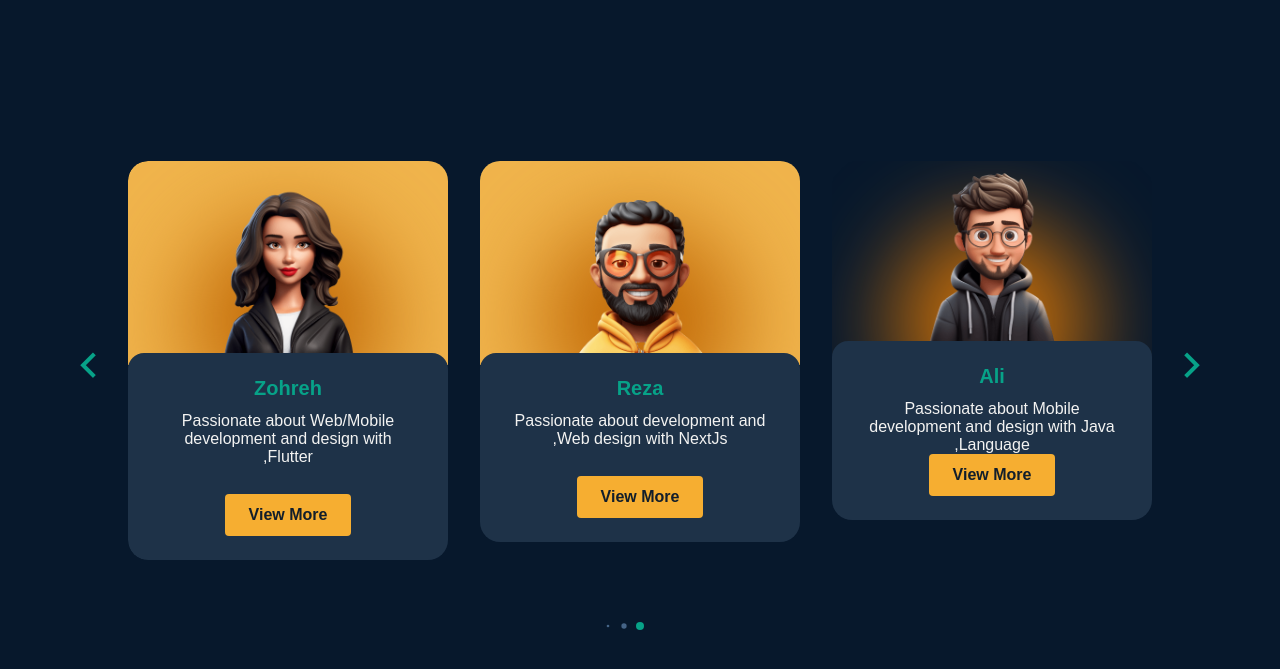
Repository: soroush-g/Card-Slider
Page: index.html
The author's editor kept a copy of each file at every save. The page is drawn from the files as they stood at one save, then again after a run of saves.
The browser window is 1280 px wide. The pictures show the whole page.
Some web fonts or font styles are not loaded; a fallback is used.

Above is the page before, as saved 2024-07-22 11:27:09.

### index.html
<!DOCTYPE html>
<html dir="rtl" lang="fa">
<head>
    <meta charset="UTF-8">
    <meta name="viewport" content="width=device-width, initial-scale=1.0">

        <!--=============== REMIXICONS ===============-->
        <link rel="stylesheet" href="https://cdnjs.cloudflare.com/ajax/libs/remixicon/3.5.0/remixicon.css" crossorigin="">

        <!--=============== SWIPER CSS ===============-->
        <link rel="stylesheet" href="assets/css/swiper-bundle.min.css">

        <!--=============== CSS ===============-->
        <link rel="stylesheet" href="assets/css/styles.css">
    <title>Card Slider</title>
</head>
<body>
    <section class="container">
        <div class="card__container swiper">
            <div class="card__content">
                <div class="swiper-wrapper">

                    <article class="card__article swiper-slide">
                        <div class="card_image">
                          <img src="assets/img/avatar-1.png" alt="image" class="card__img">
                          <div class="card__shadow"></div>
                        </div>

                        <div class="card__data">
                            <h3 class="card__name">Ali</h3>
                            <p class="card_description">
                                Passionate about Mobile development and design with Java Language,
                            </p>

                            <a href="#" class="card__button">View More</a>
                        </div>
                    </article>

                    <article class="card__article swiper-slide">
                        <div class="card__image">
                            <img src="assets/img/avatar-2.png" alt="image" class="card__img">
                            <div class="card__shadow"></div>
                        </div>
                        <div class="card__data">
                            <h3 class="card__name">Reza</h3>
                            <p class="card__description">
                               Passionate about development and Web design with NextJs,
                            </p>

                            <a href="#" class="card__button">View More</a>
                         </div>
                    </article>

                    <article class="card__article swiper-slide">
                        <div class="card__image">
                            <img src="assets/img/avatar-3.png" alt="image" class="card__img">
                            <div class="card__shadow"></div>
                        </div>
                        <div class="card__data">
                            <h3 class="card__name">Zohreh</h3>
                            <p class="card__description">
                               Passionate about  Web/Mobile development and design with Flutter,
                            </p>

                            <a href="#" class="card__button">View More</a>
                         </div>
                    </article>

                    <article class="card__article swiper-slide">
                        <div class="card__image">
                            <img src="assets/img/avatar-4.png" alt="image" class="card__img">
                            <div class="card__shadow"></div>
                        </div>
                        <div class="card__data">
                            <h3 class="card__name">Nastaran</h3>
                            <p class="card__description">
                               Passionate about Python Developer,
                            </p>

                            <a href="#" class="card__button">View More</a>
                         </div>
                    </article>

                    <article class="card__article swiper-slide">
                        <div class="card__image">
                            <img src="assets/img/avatar-5.png" alt="image" class="card__img">
                            <div class="card__shadow"></div>
                        </div>
                        <div class="card__data">
                            <h3 class="card__name">Mina</h3>
                            <p class="card__description">
                               Passionate about Scrum Master,
                            </p>

                            <a href="#" class="card__button">View More</a>
                         </div>
                    </article>
                </div>
            </div>

            <!-- Navigation buttons -->
             <div class="swiper-button-next">
                <i class="ri-arrow-right-s-line"></i>
             </div>

             <div class="swiper-button-prev">
                <i class="ri-arrow-left-s-line"></i>
             </div>

            <!-- Pagination -->
            <div class="swiper-pagination"></div>
        </div>
    </section>


      <!--=============== SWIPER JS ===============-->
      <script src="assets/js/swiper-bundle.min.js"></script>

      <!--=============== MAIN JS ===============-->
      <script src="assets/js/main.js"></script>
</body>
</html>

### assets/css/styles.css
/*=============== GOOGLE FONTS ===============*/
@import url("https://fonts.googleapis.com/css2?family=Bai+Jamjuree:wght@400;500;600&display=swap");

/*=============== VARIABLES CSS ===============*/
:root {
  /*========== Colors ==========*/
  /*Color mode HSL(hue, saturation, lightness)*/
  --first-color: hsl(38, 92%, 58%);
  --first-color-light: hsl(38, 85%, 62%);
  --first-color-alt: hsl(32, 91%, 40%);
  --second-color: hsl(170, 92%, 33%);
  --dark-color: hsl(212, 40%, 12%);
  --white-color: hsl(60, 4%, 95%);
  --body-color: hsl(212, 73%, 10%);
  --container-color: hsl(212, 42%, 20%);

  /*========== Font and typography ==========*/
  /*.5rem = 8px | 1rem = 16px ...*/
  --body-font: "Bai Jamjuree", sans-serif;
  --h2-font-size: 1.25rem;
  --normal-font-size: 1rem;
}

/*=============== BASE ===============*/
* {
  box-sizing: border-box;
  padding: 0;
  margin: 0;
}

body {
  font-family: var(--body-font);
  font-size: var(--normal-font-size);
  background-color: var(--body-color);
  color: var(--white-color);
}

a {
  text-decoration: none;
}

img {
  display: block;
  max-width: 100%;
  height: auto;
}

/*=============== CARD ===============*/
.container {
  display: flex;
  justify-content: center;
  align-items: center;
  height: 100vh;
}

.card__container {
  padding-block: 5rem;
}

.card__content {
  margin-inline: 1.75rem;
  border-radius: 1.25rem;
  overflow: hidden;
}

.card__article {
  width: 300px; /* Remove after adding swiper js */
  border-radius: 1.25rem;
  overflow: hidden;
}

.card__image {
  position: relative;
  background-color: var(--first-color-light);
  padding-top: 1.5rem;
  margin-bottom: -.75rem;
}

.card__data {
  background-color: var(--container-color);
  padding: 1.5rem 2rem;
  border-radius: 1rem;
  text-align: center;
  position: relative;
  z-index: 10;
}

.card__img {
  width: 180px;
  margin: 0 auto;
  position: relative;
  z-index: 5;
}

.card__shadow {
  width: 200px;
  height: 200px;
  background-color: var(--first-color-alt);
  border-radius: 50%;
  position: absolute;
  top: 3.75rem;
  left: 0;
  right: 0;
  margin-inline: auto;
  filter: blur(45px);
}

.card__name {
  font-size: var(--h2-font-size);
  color: var(--second-color);
  margin-bottom: .75rem;
}

.card__description {
  font-weight: 500;
  margin-bottom: 1.75rem;
}

.card__button {
  display: inline-block;
  background-color: var(--first-color);
  padding: .75rem 1.5rem;
  border-radius: .25rem;
  color: var(--dark-color);
  font-weight: 600;
}

/* Swiper class */
.swiper-button-prev:after,
.swiper-button-next:after {
  content: "";
}

.swiper-button-prev,
.swiper-button-next {
  width: initial;
  height: initial;
  font-size: 3rem;
  color: var(--second-color);
  display: none;
}

.swiper-button-prev {
  left: 0;
}

.swiper-button-next {
  right: 0;
}

.swiper-pagination-bullet {
  background-color: hsl(212, 32%, 40%);
  opacity: 1;
}

.swiper-pagination-bullet-active {
  background-color: var(--second-color);
}

/*=============== BREAKPOINTS ===============*/
/* For small devices */
@media screen and (max-width: 320px) {
  .card__data {
    padding: 1rem;
  }
}

/* For medium devices */
@media screen and (min-width: 768px) {
  .card__content {
    margin-inline: 3rem;
  }

  .swiper-button-next,
  .swiper-button-prev {
    display: block;
  }
}

/* For large devices */
@media screen and (min-width: 1120px) {
  .card__container {
    max-width: 1120px;
  }

  .swiper-button-prev {
    left: -1rem;
  }
  .swiper-button-next {
    right: -1rem;
  }
}

Loaded but not shown: assets/css/swiper-bundle.min.css (library); assets/js/swiper-bundle.min.js (library); assets/js/main.js (common file)

After the next 2 saves:
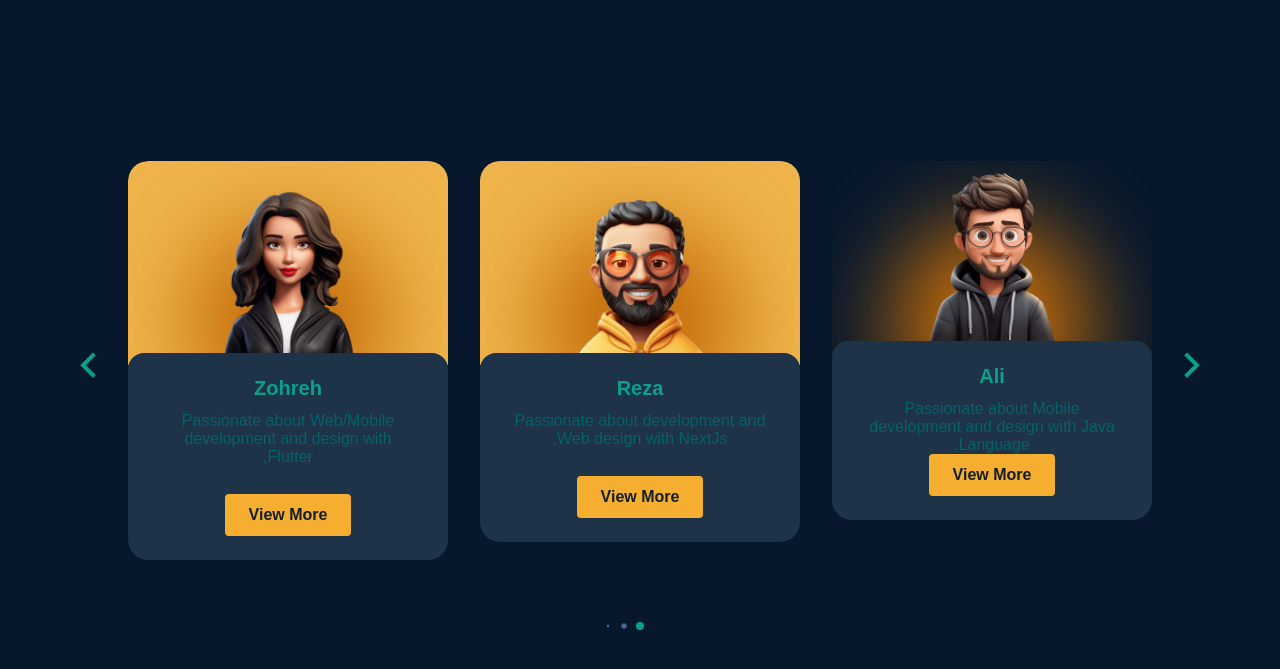
The 2 saves are shown as one change because they came seconds apart.
The last was saved 9 s later.
--- a/assets/css/styles.css
+++ b/assets/css/styles.css
@@ -10,7 +10,7 @@
   --first-color-alt: hsl(32, 91%, 40%);
   --second-color: hsl(170, 92%, 33%);
   --dark-color: hsl(212, 40%, 12%);
-  --white-color: hsl(60, 4%, 95%);
+  --white-color: hsl(183, 94%, 21%);
   --body-color: hsl(212, 73%, 10%);
   --container-color: hsl(212, 42%, 20%);
 
